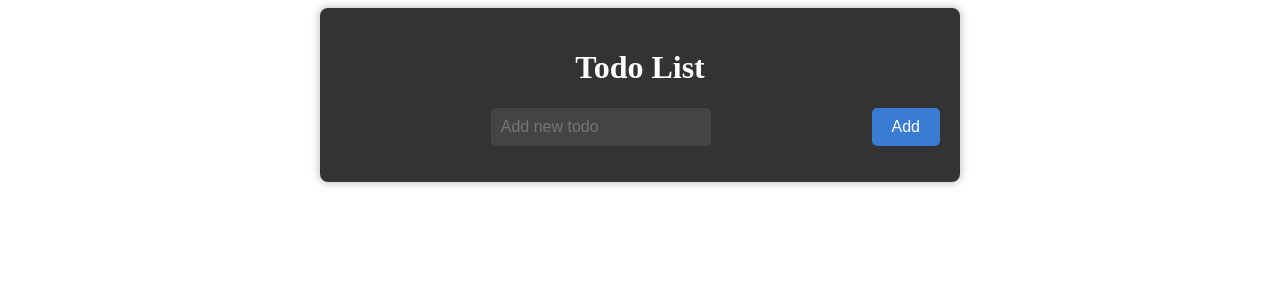
Repository: Tobby004/Todo-assignment
Page: / (app in todo-list-app/)
These files come from the project's save history. The page is drawn as it stood at one moment and after the next save; the edit follows.
The browser window is 1280 px wide. The pictures show the whole page.
The project was rebuilt for these pictures with package versions that can differ from the ones it lists, and the page was loaded fresh each time. Also part of the build but not shown: todo-list-app/vue.config.js.

Above is the page before, as saved 2023-12-06 16:49:14.

### todo-list-app/src/App.vue
<template>
  <div id="app">
    <h1>Todo List</h1>
    <div class="input-container">
      <input v-model="newTodo" @keyup.enter="addTodo" placeholder="Add new todo" class="input-field">
      <button @click="addTodo" class="add-button">Add</button>
    </div>
    <ul>
      <li v-for="(todo, index) in todos" :key="index" class="todo-item">
        <span>{{ todo }}</span>
        <button @click="editTodo(index)" class="edit-button">Edit</button>
        <button @click="deleteTodo(index)" class="delete-button">Delete</button>
      </li>
    </ul>
  </div>
</template>



<script>
export default {
  data() {
    return {
      todos: [],
      newTodo: '',
      editedTodoIndex: null,
    };
  },
  methods: {
    addTodo() {
      if (this.newTodo.trim() !== '') {
        if (this.editedTodoIndex !== null) {
          this.todos[this.editedTodoIndex] = this.newTodo;
          this.newTodo = '';
          this.editedTodoIndex = null;
        } else {
          this.todos.push(this.newTodo);
          this.newTodo = '';
        }
      }
    },
    editTodo(index) {
      this.newTodo = this.todos[index];
      this.editedTodoIndex = index;
    },
    deleteTodo(index) {
      this.todos.splice(index, 1);
    },
  },
};
</script>

<style scoped>
body {
  margin: 0;
  font-family: Arial, sans-serif;
  background-color: #222;
  color: #eee;
}
h1 {
  color: #fff;
}

#app {
  max-width: 600px;
  margin: 0 auto;
  padding: 20px;
  background-color: #333;
  border-radius: 8px;
  box-shadow: 0 0 10px rgba(0, 0, 0, 0.3);
}

h1 {
  text-align: center;
}

.input-container {
  display: flex;
  align-items: center;
  margin-bottom: 10px;
}

.input-field {
  width: 200px;
  padding: 10px;
  border: none;
  border-radius: 5px;
  font-size: 16px;
  background-color: #444;
  color: #eee;
  margin-left: auto;
  margin-right: auto;
}

.add-button {
  padding: 10px 20px; /* Adjusting button padding */
  margin-left: 10px; /* Adding space between input and button */
  border: none;
  border-radius: 5px;
  cursor: pointer;
  font-size: 16px;
  background-color: #3a7bd5;
  color: #fff;
  transition: background-color 0.3s ease;
}

.add-button:hover {
  background-color: #2e5aa3;
}
.todo-item {
  display: flex;
  align-items: center;
  justify-content: space-between;
  padding: 10px;
  margin-bottom: 8px;
  background-color: #555;
  border-radius: 5px;
  color: white;
  transition: background-color 0.3s ease;
}

.todo-item:hover {
  background-color: #666;
}

.edit-button,
.delete-button {
  padding: 5px 10px;
  border: none;
  border-radius: 3px;
  cursor: pointer;
  transition: background-color 0.3s ease;
}

.edit-button:hover {
  background-color: #3a7bd5;
}

.delete-button:hover {
  background-color: #d9534f;
}
</style>

Loaded but not shown: todo-list-app/public/index.html (common file); todo-list-app/src/main.js (common file)

After the next save:
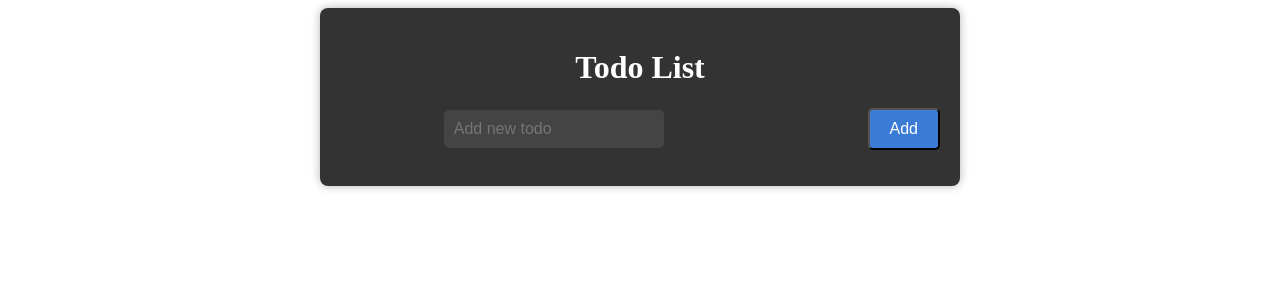
Saved 29 s later.
--- a/todo-list-app/src/App.vue
+++ b/todo-list-app/src/App.vue
@@ -93,9 +93,8 @@ h1 {
 }
 
 .add-button {
-  padding: 10px 20px; /* Adjusting button padding */
-  margin-left: 10px; /* Adding space between input and button */
-  border: none;
+  padding: 10px 20px;
+  margin-left: 100px;
   border-radius: 5px;
   cursor: pointer;
   font-size: 16px;
